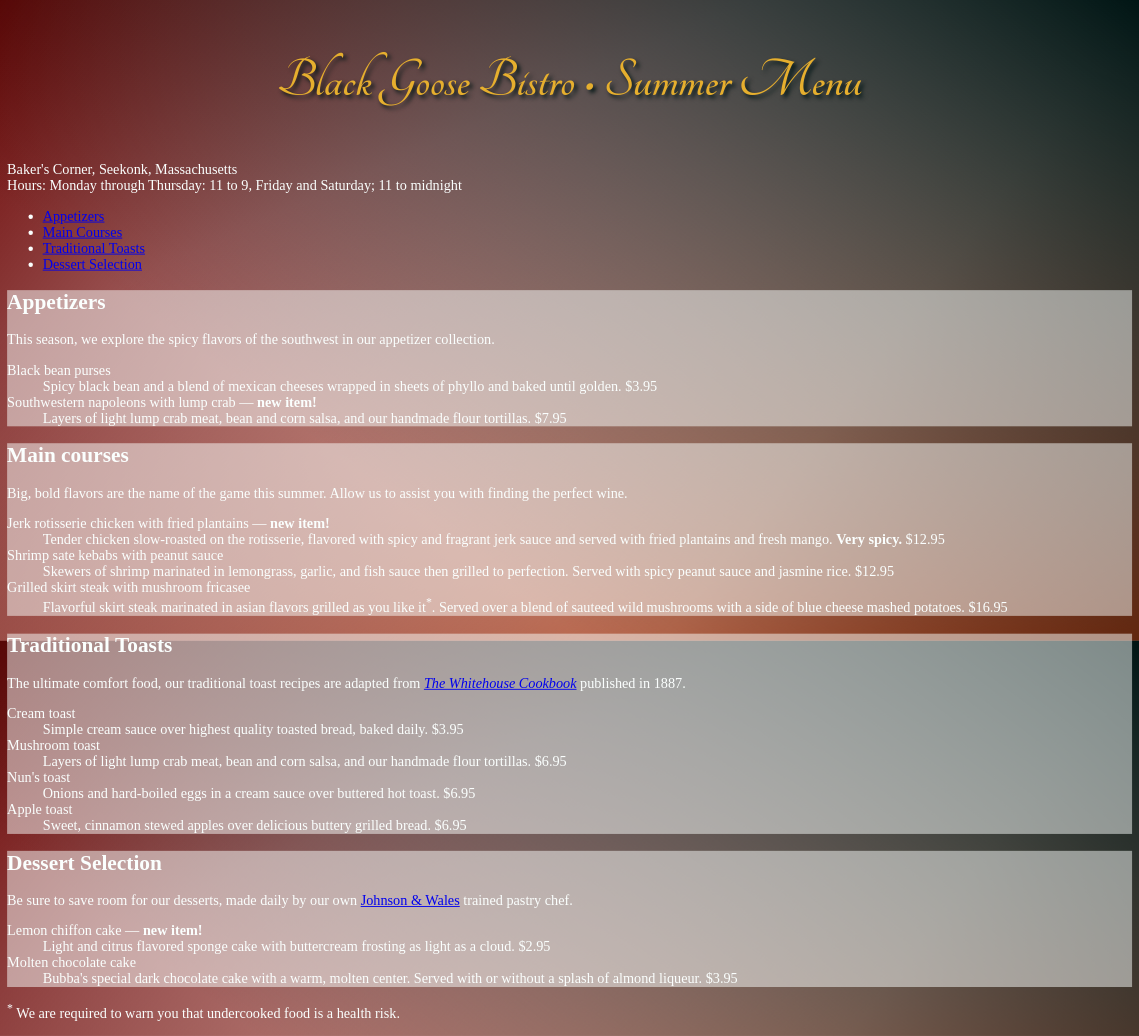
Repository: Colo-Codes/code-practice
Page: 02-css-practice-4.html
An editor plug-in stored every save of this project. The page is shown before and after the next save, followed by the edit.
The browser window is 1280 px wide. The pictures show the whole page, at 89% of full size.
Backgrounds fixed to the window are drawn as part of the page. Some web fonts or font styles are not loaded; a fallback is used.

Above is the page before, as saved 2021-05-07 09:31:53.

### 02-css-practice-4.html
<!DOCTYPE html>
<html>

<head>
    <meta charset="utf-8">
    <title>Black Goose Bistro Summer Menu</title>
    <link href='http://fonts.googleapis.com/css?family=Marko+One' rel='stylesheet' type='text/css'>
    <style>
        /* Colour palette:
            Dark Jungle Green:  #001514 rgb(0, 21, 20)
            White:              #FBFFFE rgb(251, 255, 254)
            Blood Red:          #6B0504 rgb(107, 5, 4)
            Chinese Red:        #A3320B rgb(163, 50, 11)
            Goldenrod:          #E6AF2E rgb(230, 175, 46)
        */
        @font-face {
            font-family: Tangerine;
            src: url(./assets/fonts/Tangerine/Tangerine-Regular.ttf);
        }
        @font-face {
            font-family: Tangerine;
            src: url(./assets/fonts/Tangerine/Tangerine-Bold.ttf);
            font-weight: bold;
        }
        body {
            background:
                fixed linear-gradient(217deg, rgba(0, 21, 20), rgba(255,255,255,0) 70.71%),
                fixed linear-gradient(127deg, rgba(107, 5, 4), rgba(0,255,0,0) 70.71%),
                fixed linear-gradient(336deg, rgba(163, 50, 11), rgba(0,0,255,0) 70.71%);
            color: rgba(251, 255, 254);
        }
        header > h1 {
            /* Sexy Vulcan With Smooth Happy Feet: Style Variant Weight Size lHeight Family */
            font: bold 4em/1.5 Tangerine, "Times New Roman", serif;
            text-align: center;
            color: rgb(230, 175, 46);
            text-shadow: .05em .05em 5px rgba(0,21,20,1) ;
        }
        section {
            background-color: rgba(251, 255, 254, .5);
        }
    </style>
</head>

<body>

    <header>
        <h1>Black Goose Bistro &bull; Summer Menu</h1>

        <div id="info">
            <p>Baker's Corner, Seekonk, Massachusetts<br>
                <span class="label">Hours: Monday through Thursday:</span> 11 to 9, <span class="label">Friday and
                    Saturday;</span> 11 to midnight
            </p>
            <ul>
                <li><a href="#appetizers">Appetizers</a></li>
                <li><a href="#entrees">Main Courses</a></li>
                <li><a href="#toast">Traditional Toasts</a></li>
                <li><a href="#dessert">Dessert Selection</a></li>
            </ul>
        </div>
    </header>

    <section id="appetizers">
        <h2>Appetizers</h2>
        <p>This season, we explore the spicy flavors of the southwest in our appetizer collection.</p>

        <dl>
            <dt>Black bean purses</dt>
            <dd>Spicy black bean and a blend of mexican cheeses wrapped in sheets of phyllo and baked until golden.
                <span class="price">$3.95</span></dd>

            <dt class="newitem">Southwestern napoleons with lump crab &mdash; <strong>new item!</strong></dt>
            <dd>Layers of light lump crab meat, bean and corn salsa, and our handmade flour tortillas. <span
                    class="price">$7.95</span></dd>
        </dl>
    </section>

    <section id="entrees">

        <h2>Main courses</h2>
        <p>Big, bold flavors are the name of the game this summer. Allow us to assist you with finding the perfect wine.
        </p>


        <dl>

            <dt class="newitem">Jerk rotisserie chicken with fried plantains &mdash; <strong>new item!</strong></dt>
            <dd>Tender chicken slow-roasted on the rotisserie, flavored with spicy and fragrant jerk sauce and served
                with fried plantains and fresh mango. <strong>Very spicy.</strong> <span class="price">$12.95</span>
            </dd>

            <dt>Shrimp sate kebabs with peanut sauce</dt>
            <dd>Skewers of shrimp marinated in lemongrass, garlic, and fish sauce then grilled to perfection. Served
                with spicy peanut sauce and jasmine rice. <span class="price">$12.95</span></dd>

            <dt>Grilled skirt steak with mushroom fricasee</dt>
            <dd>Flavorful skirt steak marinated in asian flavors grilled as you like it<sup>*</sup>. Served over a blend
                of sauteed wild mushrooms with a side of blue cheese mashed potatoes. <span class="price">$16.95</span>
            </dd>
        </dl>

    </section>

    <section id="toast">
        <h2>Traditional Toasts</h2>
        <p>The ultimate comfort food, our traditional toast recipes are adapted from <a
                href="http://www.gutenberg.org/files/13923/13923-h/13923-h.htm"><cite>The Whitehouse Cookbook</cite></a>
            published in 1887.</p>

        <dl>
            <dt>Cream toast</dt>
            <dd>Simple cream sauce over highest quality toasted bread, baked daily. <span class="price">$3.95</span>
            </dd>

            <dt>Mushroom toast</dt>
            <dd>Layers of light lump crab meat, bean and corn salsa, and our handmade flour tortillas. <span
                    class="price">$6.95</span></dd>

            <dt>Nun's toast</dt>
            <dd>Onions and hard-boiled eggs in a cream sauce over buttered hot toast. <span class="price">$6.95</span>
            </dd>

            <dt>Apple toast</dt>
            <dd>Sweet, cinnamon stewed apples over delicious buttery grilled bread. <span class="price">$6.95</span>
            </dd>
        </dl>
    </section>

    <section id="dessert">
        <h2>Dessert Selection</h2>
        <p>Be sure to save room for our desserts, made daily by our own <a
                href="http://www.jwu.edu/college.aspx?id=19510">Johnson & Wales</a> trained pastry chef.</p>

        <dl>
            <dt class="newitem">Lemon chiffon cake &mdash; <strong>new item!</strong></dt>
            <dd>Light and citrus flavored sponge cake with buttercream frosting as light as a cloud. <span
                    class="price">$2.95</span></dd>

            <dt class="newitem">Molten chocolate cake</dt>
            <dd>Bubba's special dark chocolate cake with a warm, molten center. Served with or without a splash of
                almond liqueur. <span class="price">$3.95</span></dd>
        </dl>
    </section>

    <footer>
        <p class="warning"><sup>*</sup> We are required to warn you that undercooked food is a health risk.</p>
    </footer>

</body>

</html>

After the next save:
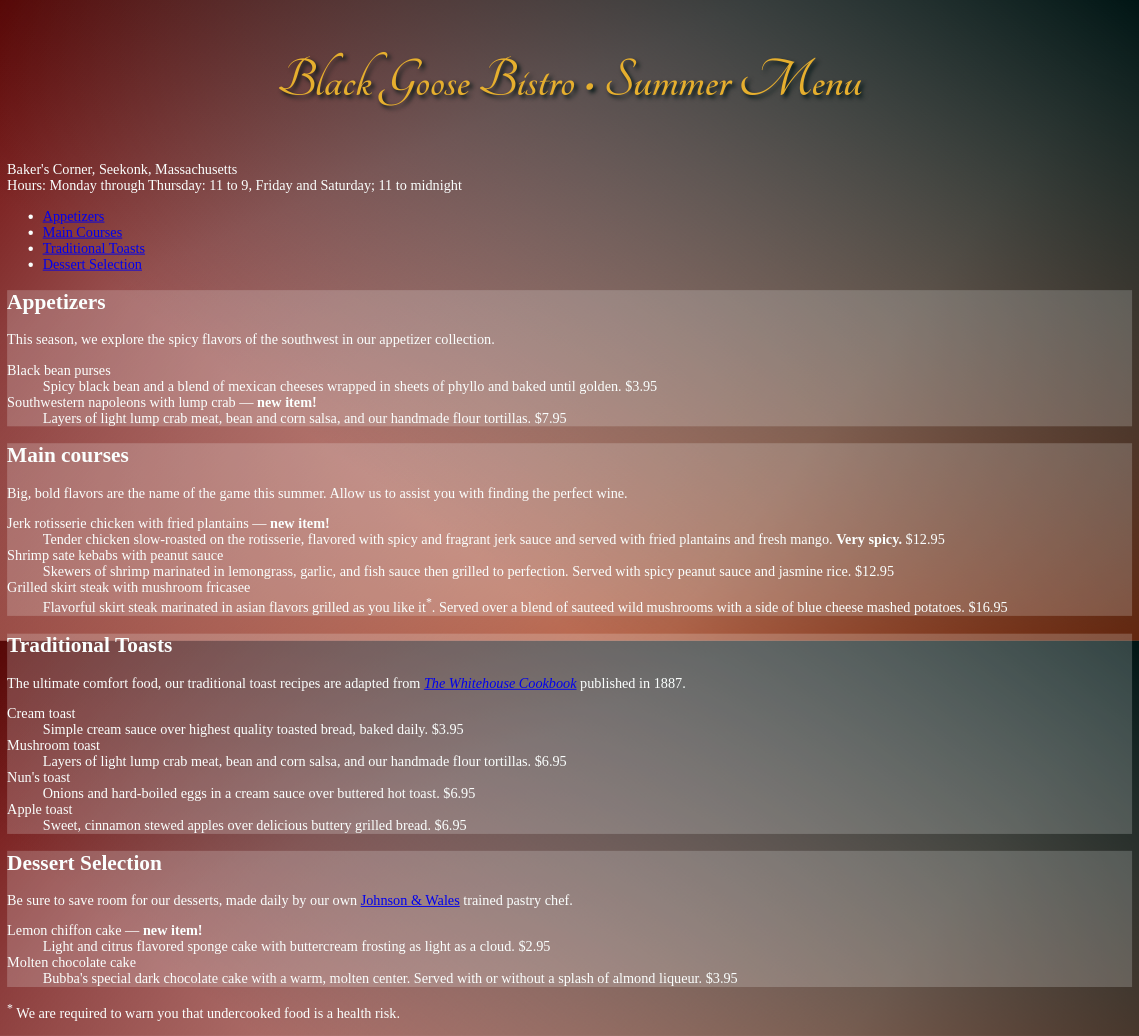
Saved 6 s later.
--- a/02-css-practice-4.html
+++ b/02-css-practice-4.html
@@ -37,7 +37,7 @@
             text-shadow: .05em .05em 5px rgba(0,21,20,1) ;
         }
         section {
-            background-color: rgba(251, 255, 254, .5);
+            background-color: rgba(251, 255, 254, .2);
         }
     </style>
 </head>
